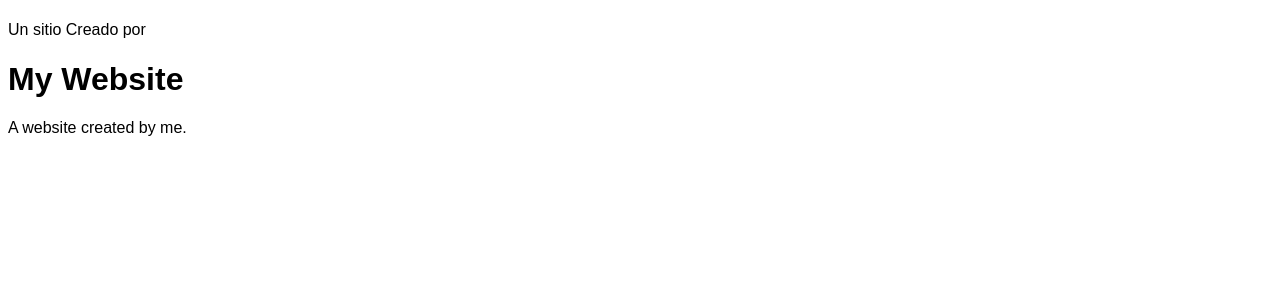
Repository: Dogueen/miniProyectoUniversidad
Page: miniProyecto/miniProyecto.html
These files come from the project's save history. The page is drawn as it stood at one moment and after the next save; the edit follows.
The browser window is 1280 px wide. The pictures show the whole page.

Above is the page before, as saved 2023-10-27 15:58:26.

After the next save:
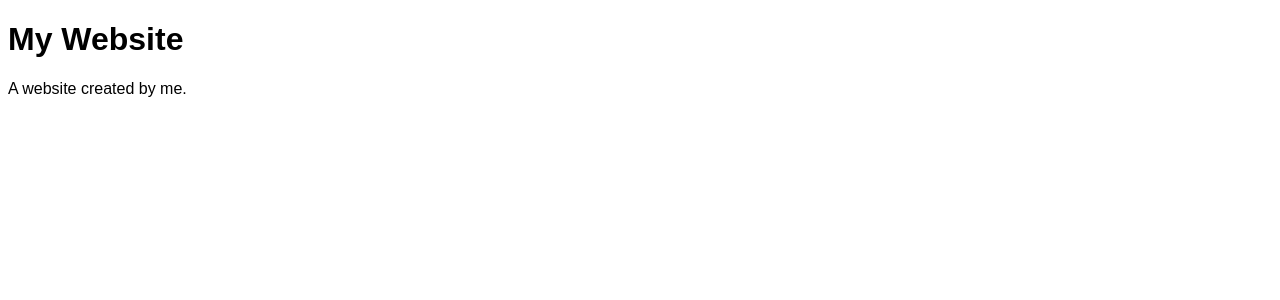
Saved 15 s later.
--- a/miniProyecto/miniProyecto.html
+++ b/miniProyecto/miniProyecto.html
@@ -13,13 +13,9 @@
 </head>
 
 <body>
-
-    <h1></h1>
-    <p>Un sitio Creado por</p>
-
     <div class="header">
-  <h1>My Website</h1>
-  <p>A website created by me.</p>
+        <h1>My Website</h1>
+        <p>A website created by me.</p>
     </div>
 </body>
 
